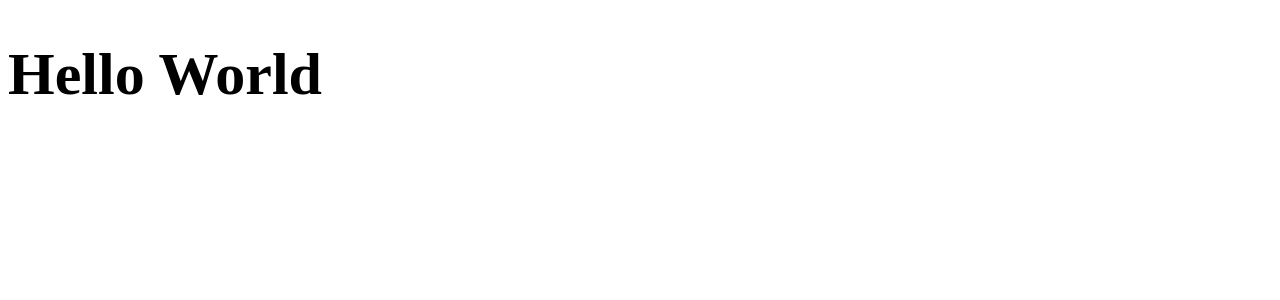
Repository: wushuxuan93/Assignment1
Page: index.html
An editor plug-in stored every save of this project. The page is shown before and after the next save, followed by the edit.
The browser window is 1280 px wide. The pictures show the whole page.

Above is the page before, as saved 2022-10-19 19:10:43.

After the next save:
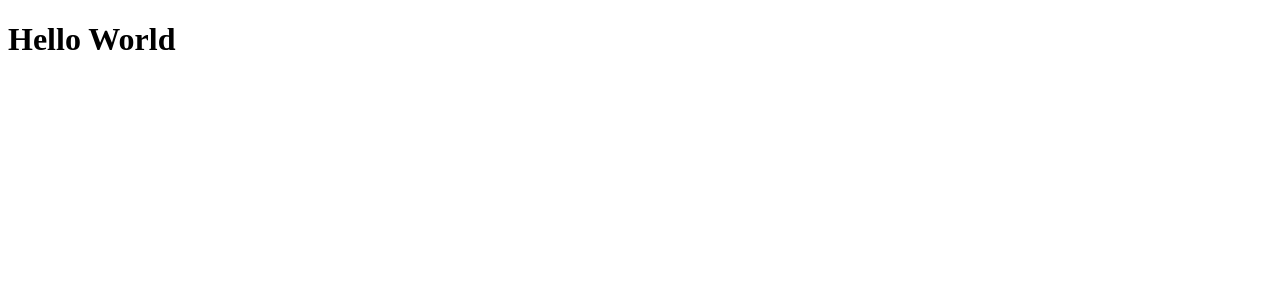
Saved 109 s later.
--- a/index.html
+++ b/index.html
@@ -7,13 +7,13 @@
     <meta name="viewport" content="width=device-width, initial-scale=1.0">
     <title>Comp229</title>
     <!--CSS Goes Here-->
-    <link rel="stylesheet" href="/app.css">
+    <link rel="stylesheet" href="/Scripts/app.js">
 </head>
 
 <body>
     <!--JavaScript Goes Here-->
     <h1>Hello World</h1>
-    <script scr="/app.js"></script>
+    <script scr="index.js"></script>
 
 </body>
 

After the save that followed:
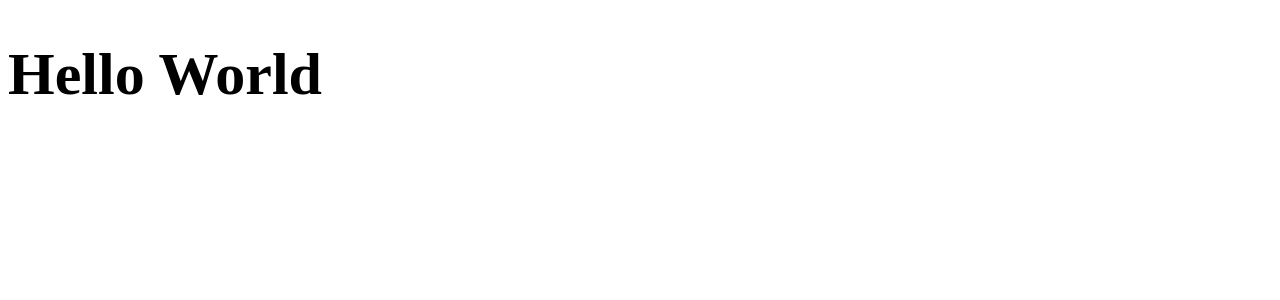
Saved 49 s later.
--- a/index.html
+++ b/index.html
@@ -7,13 +7,13 @@
     <meta name="viewport" content="width=device-width, initial-scale=1.0">
     <title>Comp229</title>
     <!--CSS Goes Here-->
-    <link rel="stylesheet" href="/Scripts/app.js">
+    <link rel="stylesheet" href="app.css">
 </head>
 
 <body>
     <!--JavaScript Goes Here-->
     <h1>Hello World</h1>
-    <script scr="index.js"></script>
+    <script scr="/Scripts/app.js"></script>
 
 </body>
 
